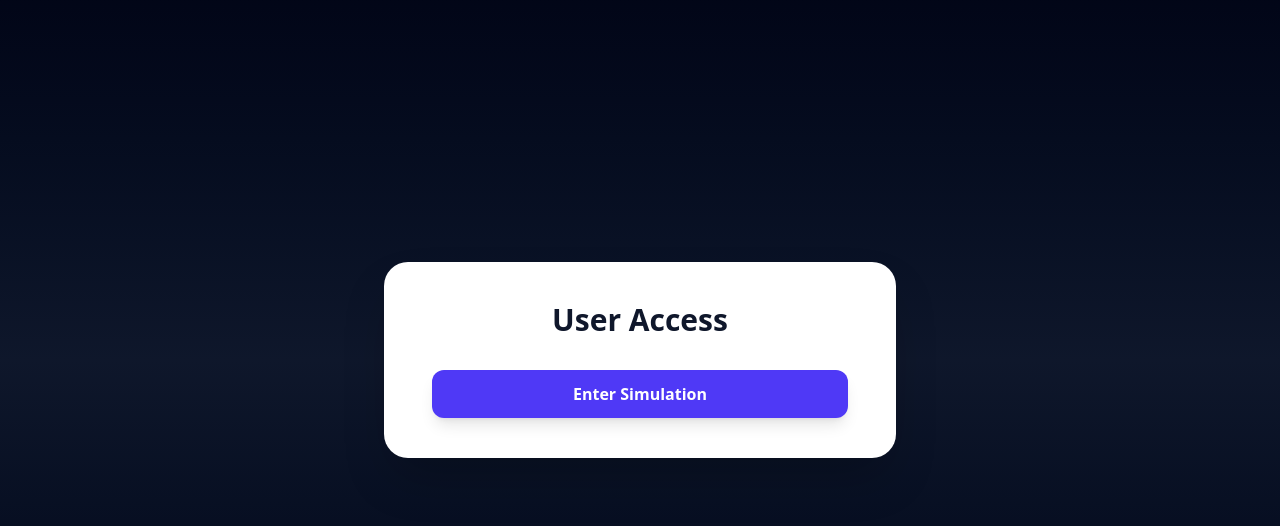
Repository: nnicholas-c/bundlegame_no_company
Page: /tutorial
The author's editor kept a copy of each file at every save. The page is drawn from the files as they stood at one save, then again after a run of saves.
The browser window is 1280 px wide. The pictures show the whole page.
The project was rebuilt for these pictures with package versions that can differ from the ones it lists, and the page was loaded fresh each time. The framework's server and built-in components were replaced by stand-ins that run in the browser. Also part of the build but not shown: vite.config.js, src/routes/tutorial/bundlegame.svelte, src/routes/tutorial/order.svelte, src/routes/tutorial/home.svelte.

Above is the page before, as saved 2025-11-21 02:32:04.

After the next 4 saves:
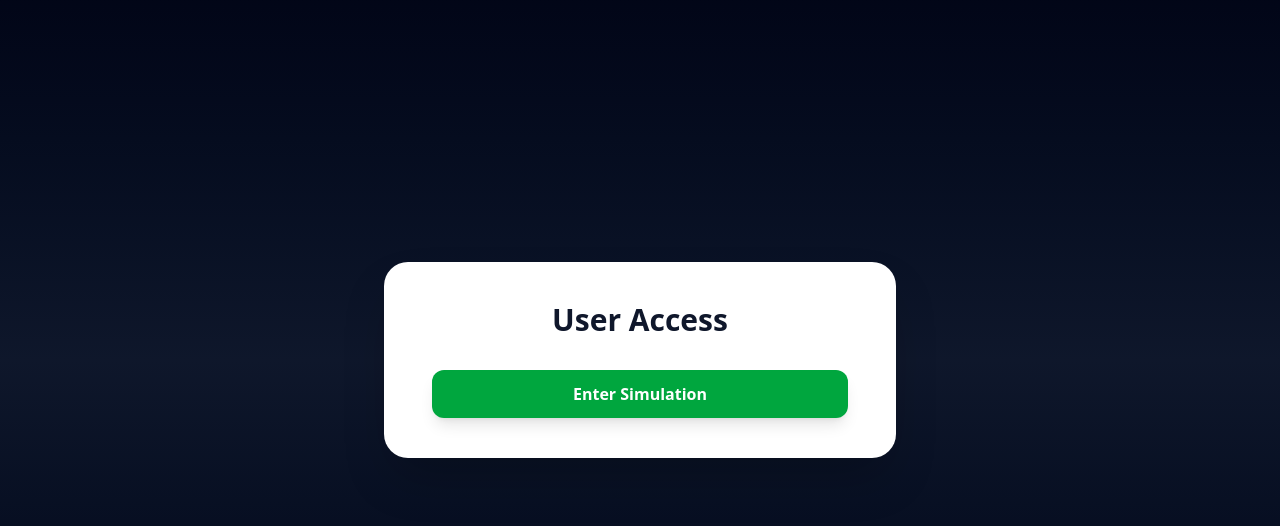
The 4 saves are shown as one change because they came seconds apart.
The last was saved 2 min 15 s later.
--- a/src/routes/tutorial/+page.svelte
+++ b/src/routes/tutorial/+page.svelte
@@ -7,6 +7,12 @@
 	import { onMount } from "svelte";
     import { queueNFixedOrders, getDistances } from "$lib/config.js";
     import '../../app.css';
+
+    function formatTime(seconds) {
+        const mins = Math.floor(seconds / 60);
+        const secs = seconds % 60;
+        return `${String(mins).padStart(2, '0')}:${String(secs).padStart(2, '0')}`;
+    }
 
     $: inSelect = $game.inSelect;
 	$: inStore = $game.inStore;
@@ -115,7 +121,7 @@
                     <button
                         id="start"
                         on:click={start}
-                        class="w-full mt-6 h-12 rounded-xl bg-indigo-600 hover:bg-indigo-700 text-white text-base font-semibold shadow-lg hover:shadow-xl transition-all"
+                        class="w-full mt-6 h-12 rounded-xl bg-green-600 hover:bg-green-700 text-white text-base font-semibold shadow-lg hover:shadow-xl transition-all"
                     >
                         Enter Simulation
                     </button>
@@ -132,7 +138,7 @@
                 <button
                     id="start"
                     on:click={startNoAuth}
-                    class="w-full h-12 rounded-xl bg-indigo-600 hover:bg-indigo-700 text-white text-base font-semibold shadow-lg hover:shadow-xl transition-all"
+                    class="w-full h-12 rounded-xl bg-green-600 hover:bg-green-700 text-white text-base font-semibold shadow-lg hover:shadow-xl transition-all"
                 >
                     Enter Simulation
                 </button>
@@ -172,31 +178,37 @@
                 {/if}
             </div>
         {:else}
-            <!-- Main Game View -->
-            <div class="mt-2 mb-4 flex flex-wrap items-center gap-6 text-base">
-                <span class="font-semibold text-red-600">Please do not refresh or close the page!</span>
-
-                {#if started}
-                    <div class="flex items-center gap-2">
-                        <span class="font-semibold text-slate-700">Time left:</span>
-                        <span class="font-mono text-lg text-indigo-600">{$remainingTime}s</span>
-                    </div>
-                    <div class="flex items-center gap-2">
-                        <span class="font-semibold text-slate-700">Earned:</span>
-                        <span class="font-mono text-lg text-green-600">${$earned}</span>
-                    </div>
-                    <div class="flex items-center gap-2">
-                        <span class="font-semibold text-slate-700">Location:</span>
-                        <span class="text-slate-900">{$currLocation}</span>
-                    </div>
+            <!-- Sticky Header Bar -->
+            <header class="sticky top-0 z-50 bg-white/90 backdrop-blur shadow-sm border-b border-slate-200">
+                <div class="mx-auto max-w-5xl px-4 py-3 flex items-center justify-between">
+                    <div class="text-sm font-semibold text-red-600">Do not refresh or close the page!</div>
+                    {#if started}
+                        <div class="flex items-center gap-4 text-sm">
+                            <div class="flex items-center gap-1.5">
+                                <span class="text-slate-700">Time:</span>
+                                <span class="font-mono font-semibold text-green-600">{formatTime($remainingTime)}</span>
+                            </div>
+                            <div class="flex items-center gap-1.5">
+                                <span class="text-slate-700">Earned:</span>
+                                <span class="font-mono font-semibold text-green-600">${$earned}</span>
+                            </div>
+                            <div class="flex items-center gap-1.5">
+                                <span class="text-slate-700">Location:</span>
+                                <span class="text-slate-900">{$currLocation}</span>
+                            </div>
+                        </div>
+                    {/if}
+                </div>
+            </header>
+
+            <!-- Main content with bg -->
+            <div class="min-h-screen bg-slate-50 py-6">
+                {#if inSelect}
+                    <Home />
+                {:else if inStore}
+                    <Bundlegame />
                 {/if}
             </div>
-
-            {#if inSelect}
-                <Home />
-            {:else if inStore}
-                <Bundlegame />
-            {/if}
         {/if}
     </div>
 {/if}
